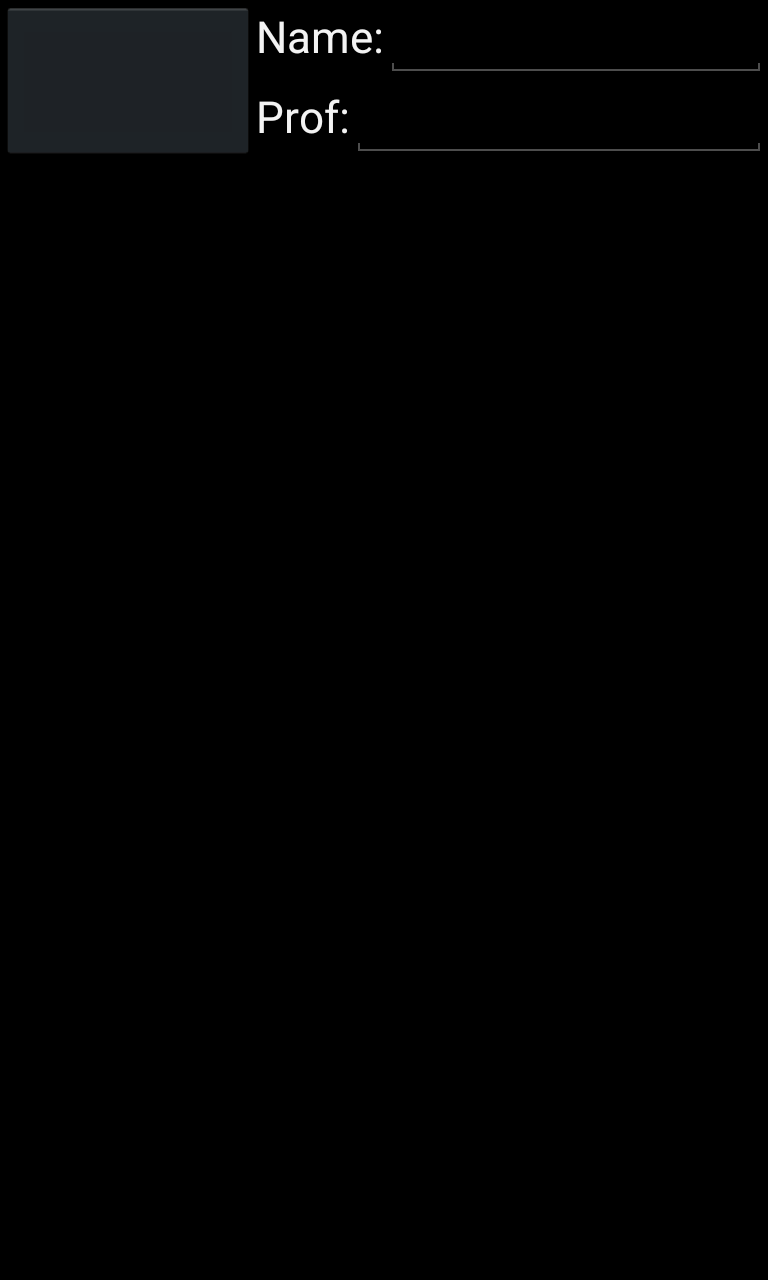
Repository: prayasjain/BunkMonitorApp
Layout: BunkMonitor/res/layout/subject_input.xml
These files come from the project's save history. The layout is drawn as it stood at one moment and after the next save; the edit follows.
It is drawn on a 768 x 1280 px phone screen (xhdpi) without system bars, with theme android:Theme.Holo; the app's code is not run.

Above is the layout before, as saved 2015-08-05 11:01:49.

After the next save:
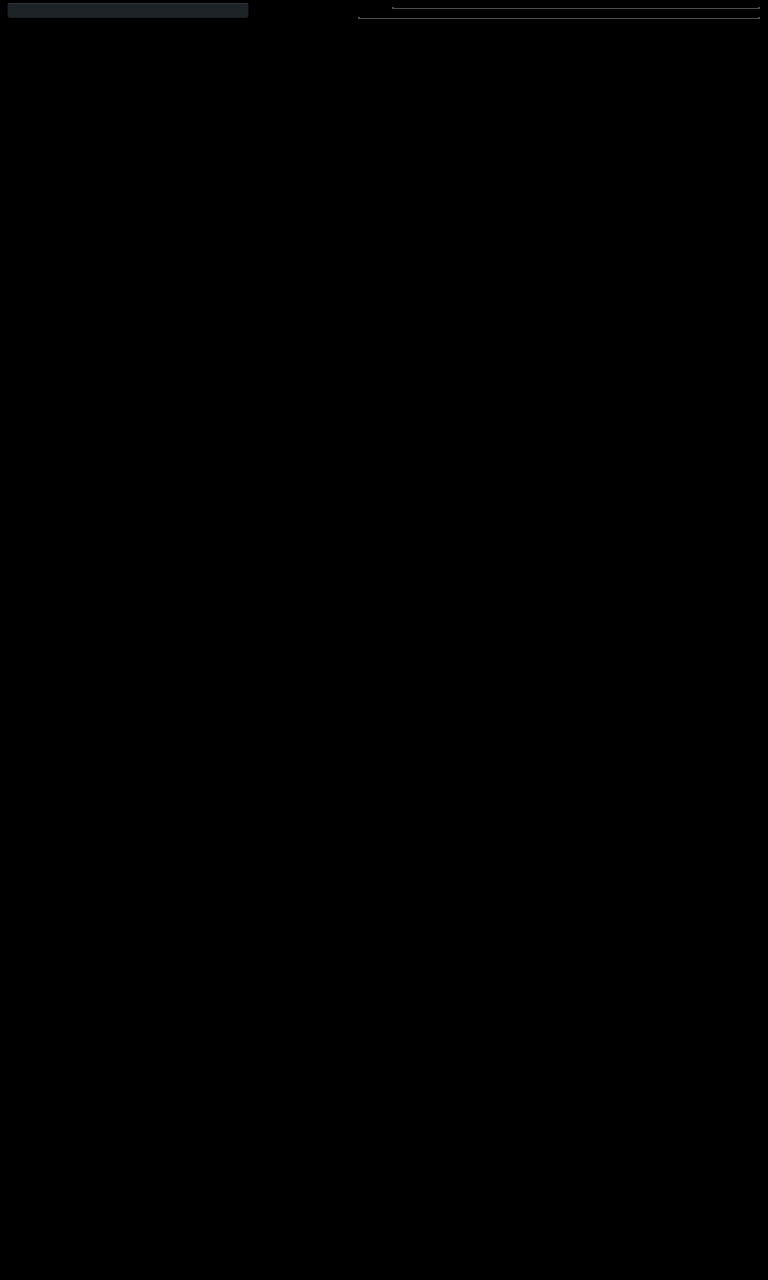
Saved 8 s later.
--- a/BunkMonitor/res/layout/subject_input.xml
+++ b/BunkMonitor/res/layout/subject_input.xml
@@ -13,7 +13,7 @@
         <Button
             android:id="@+id/bImage"
             android:layout_width="match_parent"
-            android:layout_height="80dp"
+            android:layout_height="10dp"
             android:layout_weight="2" />
 
         <LinearLayout
